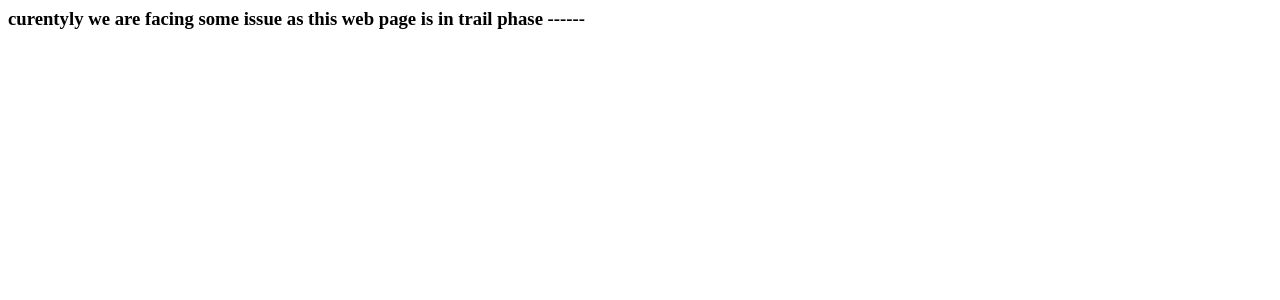
Repository: jha6435/phase4project
Page: Kitchenstory/src/main/webapp/menu.html
The author's editor kept a copy of each file at every save. The page is drawn from the files as they stood at one save, then again after the next save.
The browser window is 1280 px wide. The pictures show the whole page.

Above is the page before, as saved 2023-05-07 15:16:24.

After the next save:
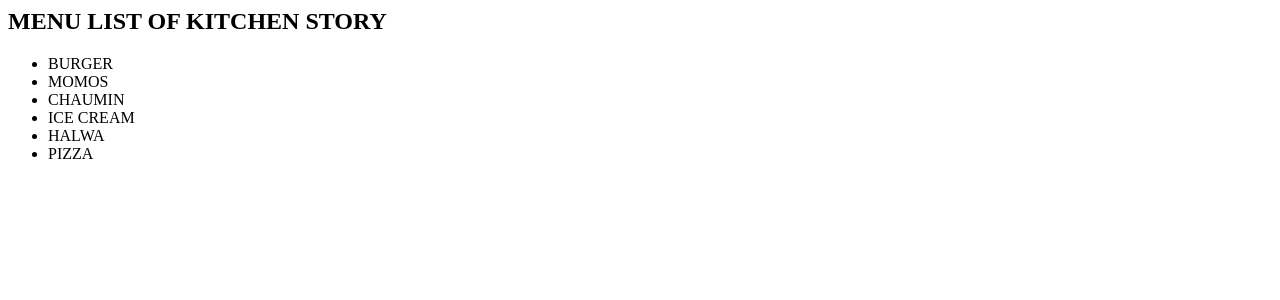
Saved 10 min 49 s later.
--- a/Kitchenstory/src/main/webapp/menu.html
+++ b/Kitchenstory/src/main/webapp/menu.html
@@ -6,6 +6,14 @@
     <title>Document</title>
 </head>
 <body>
-    <h3>curentyly we are facing some issue as this web page is in trail phase ------</h3>
+    <h2>MENU LIST OF KITCHEN STORY</h3>
+    <ul>
+    <li class="menuList">BURGER</li>
+    <li class="menuList">MOMOS</li>
+    <li class="menuList">CHAUMIN</li>
+    <li class="menuList">ICE CREAM</li>
+    <li class="menuList">HALWA</li>
+    <li class="menuList">PIZZA</li>
+    </ul>
 </body>
 </html>
